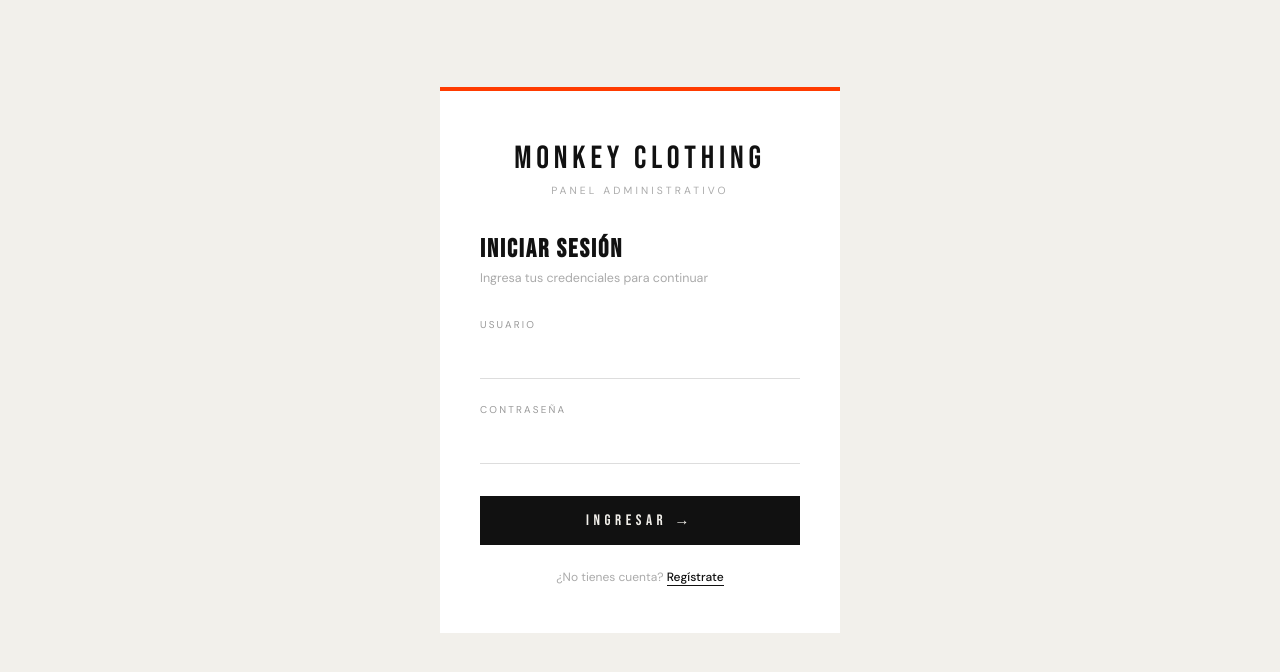
Repository: ZjhonzGz/MonkeyClothing
Page: http://localhost/login
These files come from the project's save history. The page is drawn as it stood at one moment and after the next save; the edit follows.
The browser window is 1280 px wide. The pictures show the whole page.
The page is this project's Thymeleaf template; nobody is signed in. The template is opened directly, without the code that normally fills it, so the values that code supplies are empty.

Above is the page before, as saved 2026-02-22 08:15:35.

### Monkey Clothing/monkeyclothing/src/main/resources/templates/login.html
<!DOCTYPE html>
<html xmlns:th="http://www.thymeleaf.org" lang="es">
<head>
    <meta charset="UTF-8"/>
    <meta name="viewport" content="width=device-width, initial-scale=1.0"/>
    <title>Monkey Clothing</title>
    <link href="https://fonts.googleapis.com/css2?family=Bebas+Neue&family=DM+Sans:wght@300;400;500&display=swap" rel="stylesheet"/>
    <style>
        * { box-sizing: border-box; margin: 0; padding: 0; }

        body {
            min-height: 100vh;
            background: #f2f0eb;
            font-family: 'DM Sans', sans-serif;
            display: flex;
            align-items: center;
            justify-content: center;
        }

        .card {
            background: #fff;
            width: 100%;
            max-width: 400px;
            padding: 3rem 2.5rem;
            border-top: 4px solid #ff3b00;
        }

        /* Logo */
        .brand {
            text-align: center;
            margin-bottom: 2.2rem;
        }

        .brand-name {
            font-family: 'Bebas Neue', sans-serif;
            font-size: 2rem;
            letter-spacing: .15em;
            color: #111;
            display: block;
        }

        .brand-sub {
            font-size: .65rem;
            letter-spacing: .3em;
            text-transform: uppercase;
            color: #aaa;
        }

        /* Title */
        .form-title {
            font-family: 'Bebas Neue', sans-serif;
            font-size: 1.6rem;
            letter-spacing: .08em;
            color: #111;
            margin-bottom: .3rem;
        }

        .form-sub {
            font-size: .78rem;
            color: #aaa;
            margin-bottom: 2rem;
        }

        /* Error */
        .alert {
            font-size: .78rem;
            color: #ff3b00;
            background: rgba(255,59,0,.06);
            border-left: 3px solid #ff3b00;
            padding: .65rem 1rem;
            margin-bottom: 1.5rem;
        }

        /* Campos */
        .field { margin-bottom: 1.5rem; }

        .field label {
            display: block;
            font-size: .62rem;
            letter-spacing: .22em;
            text-transform: uppercase;
            color: #999;
            margin-bottom: .5rem;
        }

        .field input {
            width: 100%;
            border: none;
            border-bottom: 1.5px solid #ddd;
            padding: .6rem 0;
            font-family: 'DM Sans', sans-serif;
            font-size: .95rem;
            color: #111;
            background: transparent;
            outline: none;
            transition: border-color .2s;
        }

        .field input:focus { border-color: #111; }

        /* Botón */
        .btn {
            width: 100%;
            background: #111;
            color: #f2f0eb;
            border: none;
            padding: .95rem;
            font-family: 'Bebas Neue', sans-serif;
            font-size: .95rem;
            letter-spacing: .3em;
            cursor: pointer;
            margin-top: .5rem;
            transition: background .2s;
        }

        .btn:hover { background: #ff3b00; }

        /* Link */
        .footer-link {
            margin-top: 1.5rem;
            text-align: center;
            font-size: .75rem;
            color: #aaa;
        }

        .footer-link a {
            color: #111;
            font-weight: 500;
            text-decoration: none;
            border-bottom: 1px solid #111;
        }

        .footer-link a:hover { color: #ff3b00; border-color: #ff3b00; }
    </style>
</head>
<body>

<div class="card">

    <div class="brand">
        <span class="brand-name">Monkey Clothing</span>
        <span class="brand-sub">Panel Administrativo</span>
    </div>

    <h2 class="form-title">INICIAR SESIÓN</h2>
    <p class="form-sub">Ingresa tus credenciales para continuar</p>

    <div class="alert" th:if="${error}" th:text="${error}"></div>

    <form th:action="@{/login}" method="post">

        <div class="field">
            <label for="usuario">Usuario</label>
            <input type="text" id="usuario" name="usuario" required/>
        </div>

        <div class="field">
            <label for="clave">Contraseña</label>
            <input type="password" id="clave" name="clave" required/>
        </div>

        <button type="submit" class="btn">Ingresar →</button>

    </form>

    <p class="footer-link">
        ¿No tienes cuenta? <a th:href="@{/registro}">Regístrate</a>
    </p>

</div>

</body>
</html>

After the next save:
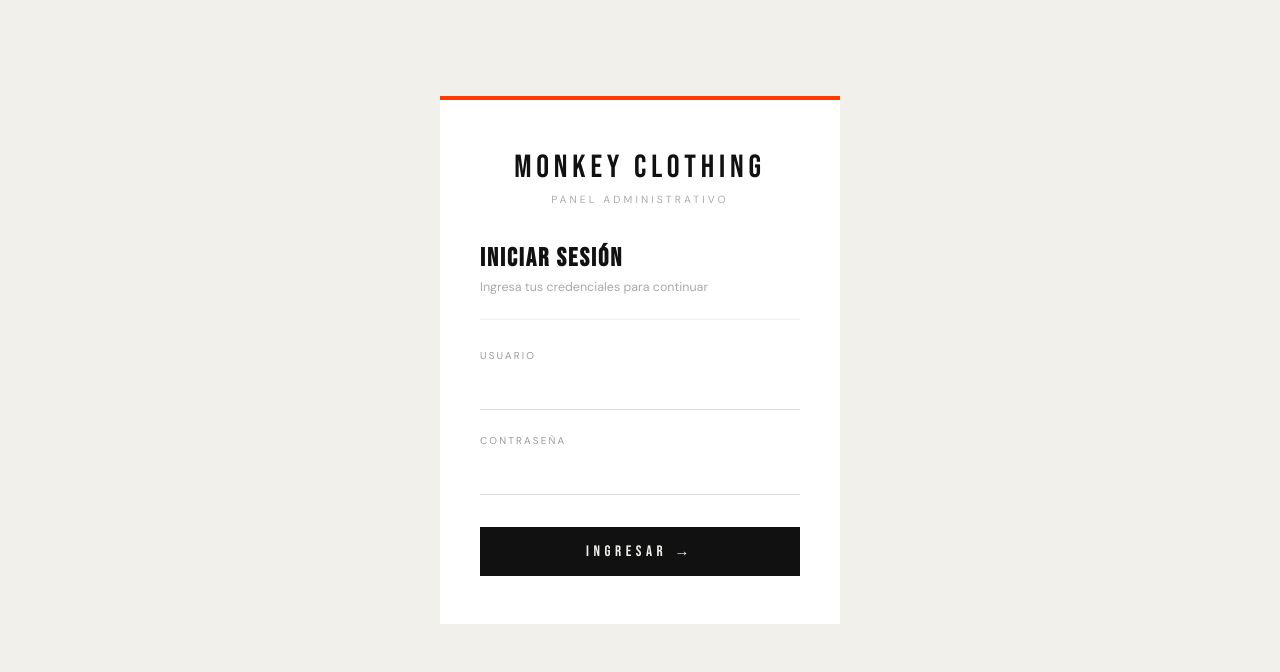
Saved 5 min 59 s later.
--- a/Monkey Clothing/monkeyclothing/src/main/resources/templates/login.html
+++ b/Monkey Clothing/monkeyclothing/src/main/resources/templates/login.html
@@ -58,7 +58,14 @@
         .form-sub {
             font-size: .78rem;
             color: #aaa;
-            margin-bottom: 2rem;
+            margin-bottom: 1.5rem;
+        }
+
+        .divider {
+            width: 100%;
+            height: 1px;
+            background: #eee;
+            margin-bottom: 1.8rem;
         }
 
         /* Error */
@@ -145,6 +152,8 @@
     <h2 class="form-title">INICIAR SESIÓN</h2>
     <p class="form-sub">Ingresa tus credenciales para continuar</p>
 
+    <div class="divider"></div>
+
     <div class="alert" th:if="${error}" th:text="${error}"></div>
 
     <form th:action="@{/login}" method="post">
@@ -162,11 +171,6 @@
         <button type="submit" class="btn">Ingresar →</button>
 
     </form>
-
-    <p class="footer-link">
-        ¿No tienes cuenta? <a th:href="@{/registro}">Regístrate</a>
-    </p>
-
 </div>
 
 </body>
